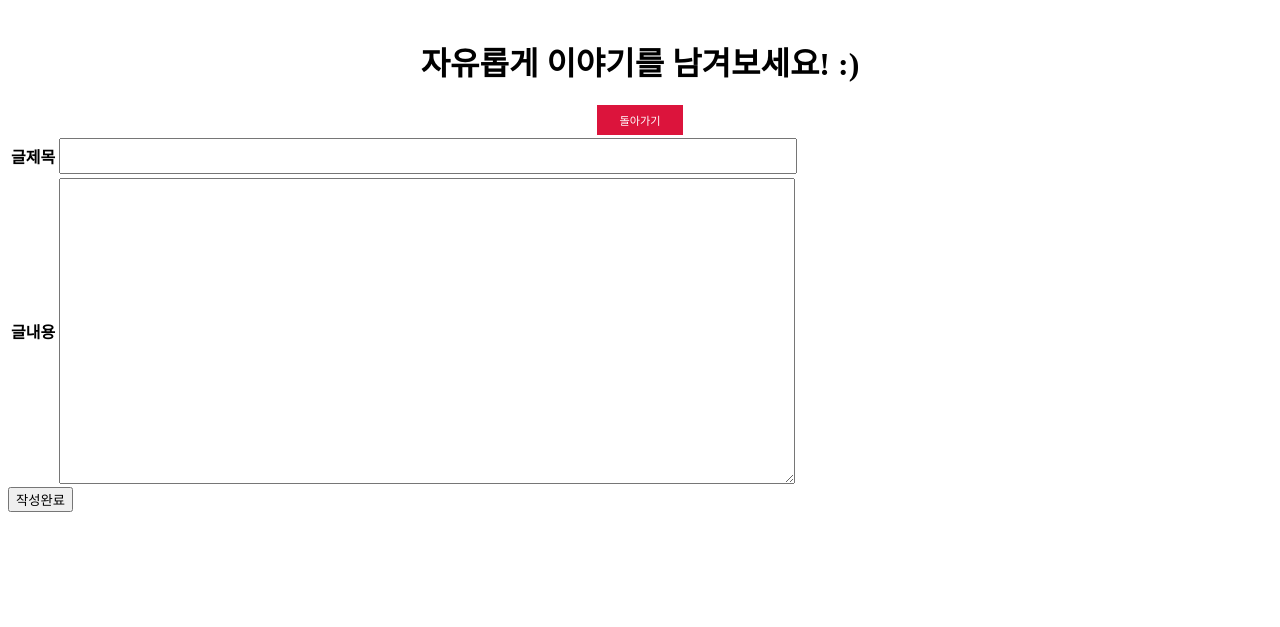
Repository: minkyung0421/NMT_Project
Page: http://localhost/MyPage_Project/Write.jsp
The author's editor kept a copy of each file at every save. The page is drawn from the files as they stood at one save, then again after the next save.
The browser window is 1280 px wide. The pictures show the whole page.
The page is served by Tomcat 9.

Above is the page before, as saved 2018-08-30 23:19:58.

### NMT_Project/MyPage_Project/WebContent/Write.jsp
<%@ page language="java" contentType="text/html; charset=UTF-8"
    pageEncoding="UTF-8"%>
<!DOCTYPE html PUBLIC "-//W3C//DTD HTML 4.01 Transitional//EN" "http://www.w3.org/TR/html4/loose.dtd">
<html>
<head>
<meta http-equiv="Content-Type" content="text/html; charset=UTF-8">
<title>Board</title>
<style>


      #board_title{width:730px; height:30px;}

      #board_content{width:730px; height:300px;}

         button{
        background:crimson;
        color:#fff;
        border:none;
        position:relative;
        height:30px;
        font-size:0.7em;
        padding:0 2em;
        cursor:pointer;
        transition:800ms ease all;
        outline:none;
      }
      button:hover{
        background:#fff;
        color:crimson;
      }
      button:before,button:after{
        content:'';
        position:absolute;
        top:0;
        right:0;
        height:2px;
        width:0;
        background: crimson;
        transition:400ms ease all;
      }
      button:after{
        right:inherit;
        top:inherit;
        left:0;
        bottom:0;
      }
      button:hover:before,button:hover:after{
        width:100%;
        transition:800ms ease all;
      }
</style>
</head>
<body>
 <center><h1 style = "margin-top:3%">자유롭게 이야기를 남겨보세요! :)</h1>
        <a href = "index.jsp"><button>돌아가기</button></a></center>
<form name="insertFrm" id="insertFrm" action="insert.jsp">

    <table class="type04">
	 <tr>
        <th scope="row">글제목</th>
        <td><input type="text" id="board_title" name="board_title"></td>
    </tr>
    <tr>
        <th scope="row">글내용</th>
        <td><textarea id="board_content" name="board_content"></textarea></td>
    </tr>
    </table>

  </form>

  <div class="Btn">

    <input type="button" value="작성완료" class = "button" id="insert" OnClick="javascript:Insert();">
  </div>
</body>
<script>
	function Insert(){
		var insertFrm = document.insertFrm;
		if(!insertFrm.board_title.value){
			alert("글제목을 작성해주세요;)");
			insertFrm.board_title.focus();
			return;
		}

		if(!insertFrm.board_content.value){
			alert("내용을 적어주세요;)");
			insertFrm.board_content.focus();
			return;
		}

		insertFrm.submit();
	}
</script>
</html>

After the next save:
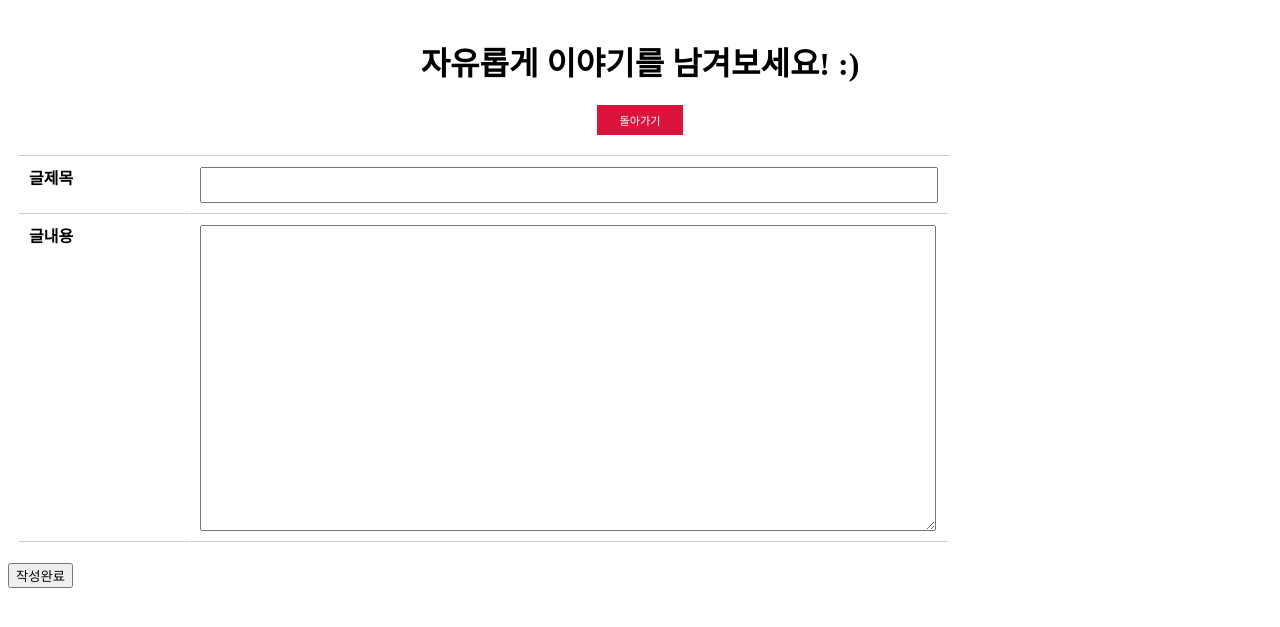
Saved 10 s later.
--- a/NMT_Project/MyPage_Project/WebContent/Write.jsp
+++ b/NMT_Project/MyPage_Project/WebContent/Write.jsp
@@ -6,7 +6,27 @@
 <meta http-equiv="Content-Type" content="text/html; charset=UTF-8">
 <title>Board</title>
 <style>
-
+	table.type04 {
+    border-collapse: separate;
+    border-spacing: 1px;
+    text-align: left;
+    line-height: 1.5;
+    border-top: 1px solid #ccc;
+  margin : 20px 10px;
+}
+table.type04 th {
+    width: 150px;
+    padding: 10px;
+    font-weight: bold;
+    vertical-align: top;
+    border-bottom: 1px solid #ccc;
+}
+table.type04 td {
+    width: 350px;
+    padding: 10px;
+    vertical-align: top;
+    border-bottom: 1px solid #ccc;
+}
 
       #board_title{width:730px; height:30px;}
 
